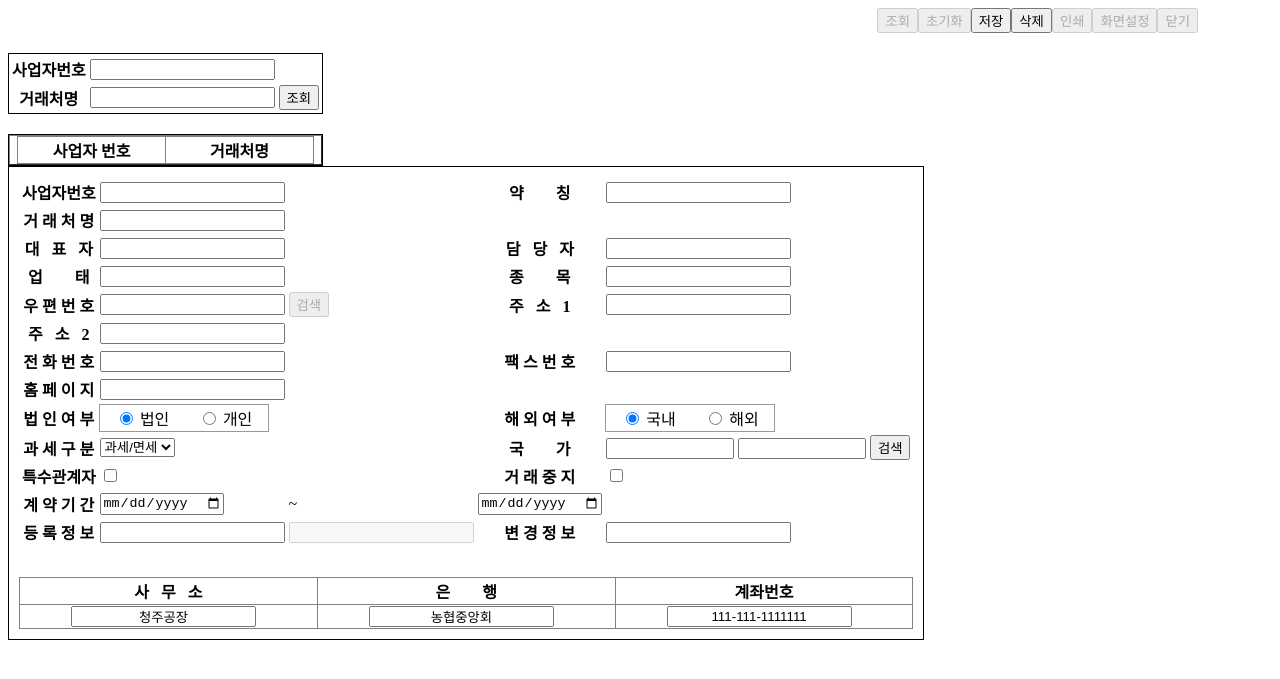
Repository: Chocobe/-practice-FrontSide-Tip
Page: http://localhost/wishTestProject/views/accountManager/accountManagerView.jsp
An editor plug-in stored every save of this project. The page is shown before and after the next save, followed by the edit.
The browser window is 1280 px wide. The pictures show the whole page.
The page is served by Tomcat 9. Nobody is signed in. The application's start-up code is not run.

Above is the page before, as saved 2020-02-27 02:46:30.

After the next save:
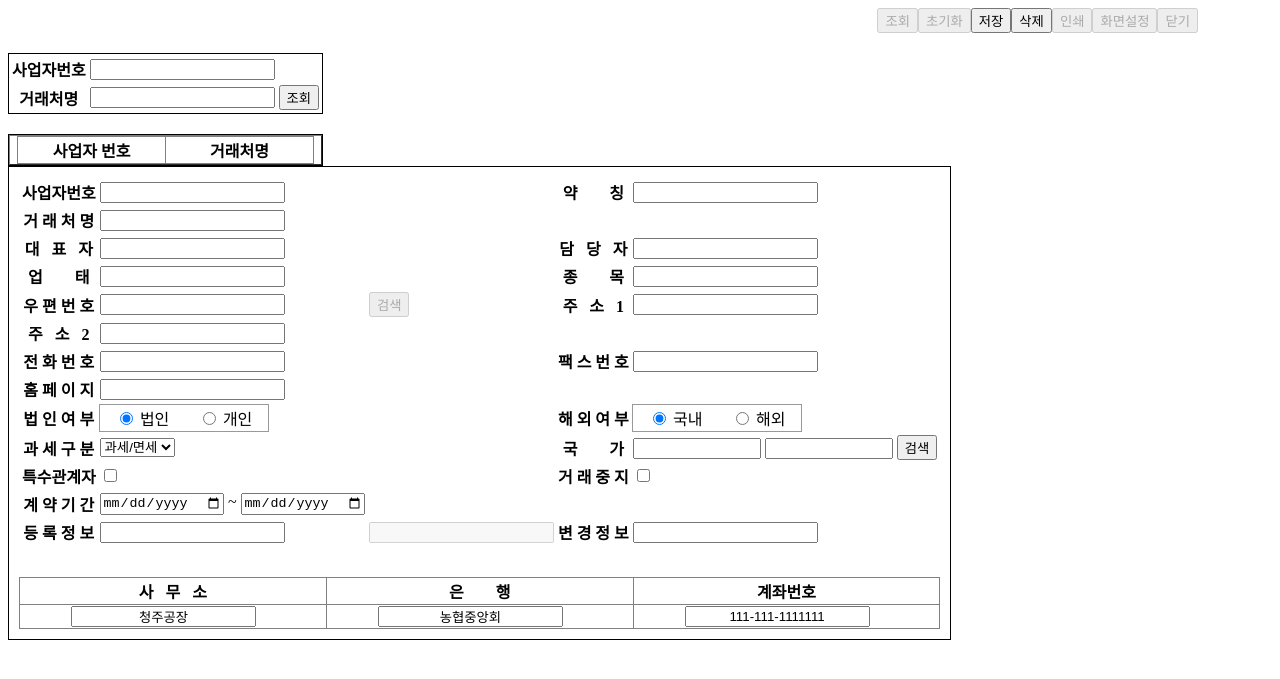
Saved 45 s later.
--- a/wishTest/wishTestProject/WebContent/views/accountManager/accountManagerView.jsp
+++ b/wishTest/wishTestProject/WebContent/views/accountManager/accountManagerView.jsp
@@ -280,11 +280,7 @@
 
                             <td>
                                 <input type="date" name="voContractPeriod_S" class="voContractPeriod_S">
-                            </td>
-
-                            <td>~</td>
-
-                            <td>
+                                ~
                                 <input type="date" name="voContractPeriod_E" class="voContractPeriod_E">
                             </td>
 
